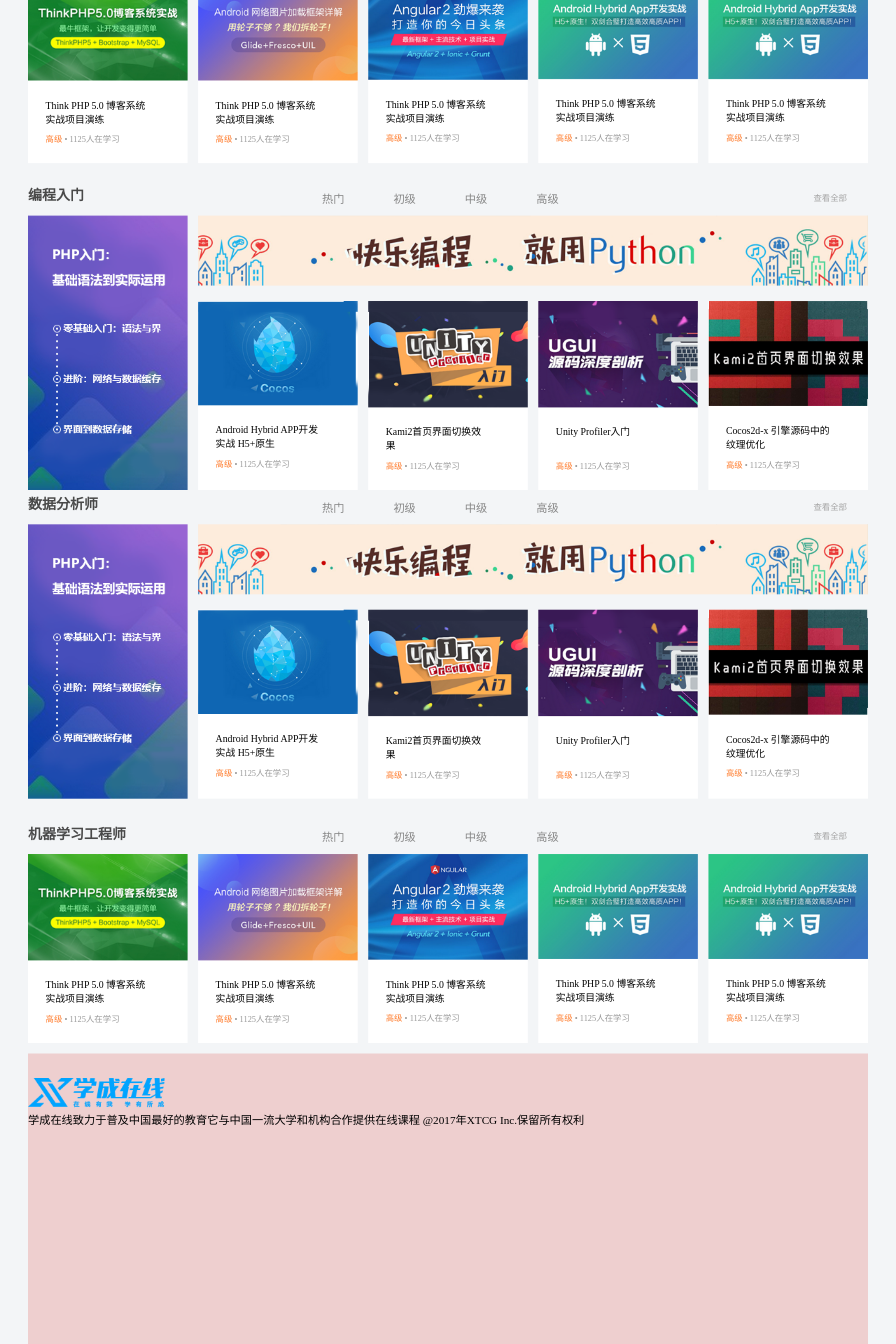
Repository: ywq0312/XueCheng
Page: index.html
An editor plug-in stored every save of this project. The page is shown before and after a run of saves, followed by the edit.
The browser window is 1280 px wide. The pictures show the part of the page from y = 990 to 2910 px (the page is 2910 px tall), at 70% of full size.

Above is the page before, as saved 2021-05-19 15:17:46.

### index.html
<!DOCTYPE html>
<html lang="en">

<head>
    <meta charset="UTF-8">
    <meta http-equiv="X-UA-Compatible" content="IE=edge">
    <meta name="viewport" content="width=device-width, initial-scale=1.0">
    <title>学成在线</title>
    <!-- 引入重置样式表 -->
    <!-- <link rel="stylesheet" href="./css/reset.css"> -->
    <!-- 引入公共样式表 -->
    <link rel="stylesheet" href="./css/base.css">
    <!-- 引入图标字体库 -->
    <link rel="stylesheet" href="./fa/css/all.css">
    <!-- 引入css样式 -->
    <link rel="stylesheet" href="./css/style.css">
</head>

<body>
    <!-- 1.头部区域 -->
    <div class="header w">
        <!-- logo部分 -->
        <div class="logo">
            <img src="./images/学成在线.png" alt="学成在线logo">
        </div>
        <!-- 导航栏部分nav -->
        <div class="nav">
            <ul>
                <li><a href="#">首页</a></li>
                <li><a href="#">课程</a></li>
                <li><a href="#">职业规划</a></li>
            </ul>
        </div>
        <!-- 搜索框 -->
        <div class="search">
            <!-- 输入关键字可以用  placeholder = "输入关键字" -->
            <input type="text" value="输入关键字" name="" id="">
            <!--
                文本框input、表单、单元格、图片都是行内块元素，行内块元素之间有一个默认缝隙
                解决办法：1.浮动中间无缝隙，可给input、button都加上浮动
            -->
            <button></button>
        </div>
        <!-- 用户模块 -->
        <div class="user">
            <img src="./images/user.png" alt="">
            qq-lilei
        </div>
    </div>
    <!-- 2.bannar部分 -->
    <div class="banner">
        <div class="w">
            <!-- 左侧导航栏模块 -->
            <div class="subnav">
                <ul>
                    <li>
                        <a href="#">
                            前端开发
                            <span> &gt; </span>
                            <!-- 如果用的是字体图标库，则需加上line-height -->
                            <!-- <span class="fas fa-angle-right"></span> -->
                        </a>
                        <!-- 这个符号也可以用大于号>代替 -->
                    </li>
                    <li>
                        <a href="#">
                            后端开发
                            <span>&gt;</span>
                            <!-- <span class="fas fa-angle-right"></span> -->
                        </a>
                    </li>
                    <li>
                        <a href="#">
                            移动开发
                            <span>&gt;</span>
                            <!-- <span class="fas fa-angle-right"></span> -->
                        </a>
                    </li>
                    <li>
                        <a href="#">
                            人工智能
                            <span>&gt;</span>
                            <!-- <span class="fas fa-angle-right"></span> -->
                        </a>
                    </li>
                    <li>
                        <a href="#">
                            商业预测
                            <span>&gt;</span>
                            <!-- <span class="fas fa-angle-right"></span> -->
                        </a>
                    </li>
                    <li>
                        <a href="#">
                            云计算&大数据
                            <span>&gt;</span>
                            <!-- <span class="fas fa-angle-right"></span> -->
                        </a>
                    </li>
                    <li>
                        <a href="#">
                            运维&从测试
                            <span>&gt;</span>
                            <!-- <span class="fas fa-angle-right"></span> -->
                        </a>
                    </li>
                    <li>
                        <a href="#">
                            UI设计
                            <span>&gt;</span>
                            <!-- <span class="fas fa-angle-right"></span> -->
                        </a>
                    </li>
                    <li>
                        <a href="#">
                            产品
                            <span>&gt;</span>
                            <!-- <span class="fas fa-angle-right"></span> -->
                        </a>
                    </li>
                </ul>
            </div>
            <!-- 课程表模块 -->
            <div class="course">
                <h2>我的课程表</h2>
                <div class="bd">
                    <ul>
                        <li>
                            <a href="#">
                                <h4>继续学习 程序语言设计</h4>
                                <p>正在学习-使用对象</p>
                            </a>
                        </li>
                        <li>
                            <a href="#">
                                <h4>继续学习 程序语言设计</h4>
                                <p>正在学习-使用对象</p>
                            </a>
                        </li>
                        <li>
                            <a href="#">
                                <h4>继续学习 程序语言设计</h4>
                                <p>正在学习-使用对象</p>
                            </a>
                        </li>
                    </ul>
                    <a href="#" class="more">全部课程</a>
                </div>
            </div>
        </div>
    </div>
    <!-- 3.精品推荐 -->
    <div class="goods w">
        <h3>精品推荐</h3>
        <ul>
            <li><a href="#">jQuery</a></li>
            <li><a href="#">Spark</a></li>
            <li><a href="#">MySQL</a></li>
            <li><a href="#">JavaWeb</a></li>
            <li><a href="#">MySQL</a></li>
            <li><a href="#">JavaWeb</a></li>
        </ul>
        <a href="#" class="mod">修改兴趣</a>
    </div>
    <!-- 4.box核心内容区域 -->
    <div class="box w">
        <div class="box-hd">
            <h3>精品推荐</h3>
            <a href="#">查看全部</a>
        </div>
        <div class="box-bd">
            <!-- ul清楚浮动的原因是底下的li是浮动的，脱离了标准流，会让下面的内容跑到li底下（子不教父之过，所以给li的父元素清除浮动） -->
            <ul class="clearfix">
                <li>
                    <em>
                        <!-- 因为底下已经有一个img图片设置了样式，所以用另外一个标签包含 -->
                        <img src="./images/hot.png" alt="">
                    </em>
                    <img src="./images/pic.png" alt="">
                    <h4>Think PHP 5.0 博客系统实战项目演练</h4>
                    <div class="info">
                        <span>高级</span> • 1125人在学习
                    </div>
                </li>
                <li>
                    <em>
                        <img src="./images/new.png" alt="">
                    </em>
                    <img src="./images/pic2.png" alt="">
                    <h4>Think PHP 5.0 博客系统实战项目演练</h4>
                    <div class="info">
                        <span>高级</span> • 1125人在学习
                    </div>
                </li>
                <li>
                    <img src="./images/pic3.png" alt="">
                    <h4>Think PHP 5.0 博客系统实战项目演练</h4>
                    <div class="info">
                        <span>高级</span> • 1125人在学习
                    </div>
                </li>
                <li>
                    <img src="./images/pic4.png" alt="">
                    <h4>Think PHP 5.0 博客系统实战项目演练</h4>
                    <div class="info">
                        <span>高级</span> • 1125人在学习
                    </div>
                </li>
                <li>
                    <img src="./images/pic4.png" alt="">
                    <h4>Think PHP 5.0 博客系统实战项目演练</h4>
                    <div class="info">
                        <span>高级</span> • 1125人在学习
                    </div>
                </li>
                <li>
                    <em>
                        <img src="./images/hot.png" alt="">
                    </em>
                    <img src="./images/pic.png" alt="">
                    <h4>Think PHP 5.0 博客系统实战项目演练</h4>
                    <div class="info">
                        <span>高级</span> • 1125人在学习
                    </div>
                </li>
                <li>
                    <em>
                        <img src="./images/new.png" alt="">
                    </em>
                    <img src="./images/pic2.png" alt="">
                    <h4>Think PHP 5.0 博客系统实战项目演练</h4>
                    <div class="info">
                        <span>高级</span> • 1125人在学习
                    </div>
                </li>
                <li>
                    <img src="./images/pic3.png" alt="">
                    <h4>Think PHP 5.0 博客系统实战项目演练</h4>
                    <div class="info">
                        <span>高级</span> • 1125人在学习
                    </div>
                </li>
                <li>
                    <img src="./images/pic4.png" alt="">
                    <h4>Think PHP 5.0 博客系统实战项目演练</h4>
                    <div class="info">
                        <span>高级</span> • 1125人在学习
                    </div>
                </li>
                <li>
                    <img src="./images/pic4.png" alt="">
                    <h4>Think PHP 5.0 博客系统实战项目演练</h4>
                    <div class="info">
                        <span>高级</span> • 1125人在学习
                    </div>
                </li>
            </ul>
        </div>
    </div>
    <!-- 5.内容区 -->
    <div class="content w clearfix">
        <div class="content-hd">
            <h3>编程入门</h3>
            <ul>
                <li><a href="#">热门</a></li>
                <li><a href="#">初级</a></li>
                <li><a href="#">中级</a></li>
                <li><a href="#">高级</a></li>
            </ul>
            <a href="#">查看全部</a>
        </div>
        <div class="content-left">
            <img src="./images/c-pic1.png" alt="">
        </div>
        <div class="content-right">
            <div class="content-top">
                <img src="./images/c-pic.png" alt="">
            </div>
            <div class="content-btn">
                <ul>
                    <li>
                        <img src="./images/c-pic2.png" alt="">
                        <h4>Android Hybrid APP开发实战 H5+原生</h4>
                        <div class="info">
                            <span>高级</span> • 1125人在学习
                        </div>
                    </li>
                    <li>
                        <img src="./images/c-pic3.png" alt="">
                        <h4>Kami2首页界面切换效果</h4>
                        <div class="info">
                            <span>高级</span> • 1125人在学习
                        </div>
                    </li>
                    <li>
                        <img src="./images/c-cip4.png" alt="">
                        <h4>Unity Profiler入门</h4>
                        <div class="info">
                            <span>高级</span> • 1125人在学习
                        </div>
                    </li>
                    <li>
                        <img src="./images/c-cip5.png" alt="">
                        <h4>Cocos2d-x 引擎源码中的纹理优化</h4>
                        <div class="info">
                            <span>高级</span> • 1125人在学习
                        </div>
                    </li>
                </ul>
            </div>
        </div>
        <div class="content w clearfix">
            <div class="content-hd">
                <h3>数据分析师</h3>
                <ul>
                    <li><a href="#">热门</a></li>
                    <li><a href="#">初级</a></li>
                    <li><a href="#">中级</a></li>
                    <li><a href="#">高级</a></li>
                </ul>
                <a href="#">查看全部</a>
            </div>
            <div class="content-left">
                <img src="./images/c-pic1.png" alt="">
            </div>
            <div class="content-right">
                <div class="content-top">
                    <img src="./images/c-pic.png" alt="">
                </div>
                <div class="content-btn">
                    <ul>
                        <li>
                            <img src="./images/c-pic2.png" alt="">
                            <h4>Android Hybrid APP开发实战 H5+原生</h4>
                            <div class="info">
                                <span>高级</span> • 1125人在学习
                            </div>
                        </li>
                        <li>
                            <img src="./images/c-pic3.png" alt="">
                            <h4>Kami2首页界面切换效果</h4>
                            <div class="info">
                                <span>高级</span> • 1125人在学习
                            </div>
                        </li>
                        <li>
                            <img src="./images/c-cip4.png" alt="">
                            <h4>Unity Profiler入门</h4>
                            <div class="info">
                                <span>高级</span> • 1125人在学习
                            </div>
                        </li>
                        <li>
                            <img src="./images/c-cip5.png" alt="">
                            <h4>Cocos2d-x 引擎源码中的纹理优化</h4>
                            <div class="info">
                                <span>高级</span> • 1125人在学习
                            </div>
                        </li>
                    </ul>
                </div>
            </div>
    </div>

    <!-- 其他内容 -->
    <div class="box">
        <div class="content-hd">
            <h3>机器学习工程师</h3>
            <ul>
                <li><a href="#">热门</a></li>
                <li><a href="#">初级</a></li>
                <li><a href="#">中级</a></li>
                <li><a href="#">高级</a></li>
            </ul>
            <a href="#">查看全部</a>
        </div>
        <div class="box-bd">
            <!-- ul清楚浮动的原因是底下的li是浮动的，脱离了标准流，会让下面的内容跑到li底下（子不教父之过，所以给li的父元素清除浮动） -->
            <ul class="clearfix">
                <li>
                    <img src="./images/pic.png" alt="">
                    <h4>Think PHP 5.0 博客系统实战项目演练</h4>
                    <div class="info">
                        <span>高级</span> • 1125人在学习
                    </div>
                </li>
                <li>
                    <img src="./images/pic2.png" alt="">
                    <h4>Think PHP 5.0 博客系统实战项目演练</h4>
                    <div class="info">
                        <span>高级</span> • 1125人在学习
                    </div>
                </li>
                <li>
                    <img src="./images/pic3.png" alt="">
                    <h4>Think PHP 5.0 博客系统实战项目演练</h4>
                    <div class="info">
                        <span>高级</span> • 1125人在学习
                    </div>
                </li>
                <li>
                    <img src="./images/pic4.png" alt="">
                    <h4>Think PHP 5.0 博客系统实战项目演练</h4>
                    <div class="info">
                        <span>高级</span> • 1125人在学习
                    </div>
                </li>
                <li>
                    <img src="./images/pic4.png" alt="">
                    <h4>Think PHP 5.0 博客系统实战项目演练</h4>
                    <div class="info">
                        <span>高级</span> • 1125人在学习
                    </div>
                </li>
            </ul>
        </div>
    </div>
    <!-- footer 页底模块 -->
    <div class="footer">
        <div class="w">
            <div class="copyright">
                <img src="./images/学成在线.png" alt="">
                <p>学成在线致力于普及中国最好的教育它与中国一流大学和机构合作提供在线课程
                    @2017年XTCG Inc.保留所有权利
                </p>
            </div>
            <div class="links">

            </div>
        </div>
    </div>

    <script>
        var text = document.querySelector('input');
        text.onfocus = function () {
            if (this.value === "输入关键字") {
                this.value = '';
            }
            this.style.color = '#333';
        }
        text.onblur = function () {
            if (this.value === '') {
                this.value = '输入关键字';
            }
            this.style.color = '#bfbfbf';
        }
    </script>
</body>

</html>

### css/base.css
.clearfix::before,
.clearfix::after{
    display: table;
    clear: both;
    content: '';
}
.w{
    width: 1200px;
    margin: auto;
}
body{
    background-color: #f3f5f7;
}
a{
    text-decoration: none;
    color: #050505;
}
li{
    list-style-type: none;
}

### css/style.css
*{
    margin: 0;
    padding: 0;
}

/* 头部区域 */
.header{
    height: 42px;
    /* 注意此地方会层叠w里面的margin */
    margin: 30px auto;
}
.logo{
    float: left;
    width: 198px;
    height: 42px;
}
.nav{
    float: left;
    margin-left: 60px;
}
.nav ul li{
    float: left;
    margin: 0 15px;
}
.nav ul li a{
    /* a是行内元素，所以转为块元素后宽高才起效 */
    display: block;
    height: 42px;
    /* 用padding把文字的宽度撑开 */
    padding: 0 10px;
    line-height: 42px;
    font-size: 18px;
    color: #050505;
    text-decoration: none;
}
.nav ul li a:hover{
    border-bottom: 2px solid #00a4ff;
    color: #00a4ff;
}
.search{
    float: left;
    width: 412px;
    height: 42px;
    background-color: skyblue;
    margin-left: 60px;
}
.search input{
    float: left;
    width: 345px;
    height: 40px;
    border: 1px solid #00a4ff;
    border-right: none;
    color: #bfbfbf;
    font-size: 14px;
    outline: none;
    /* 也可以用缩进text-index: 2em; 来将字体往左边移动 */
    padding-left: 15px;
}
.search button{
    float: left;
    width: 50px;
    height: 42px;
    background: url(../images/btn.png);
    /* 去掉按钮button默认边框 */
    border: 0;
}
.user{
    float: right;
    line-height: 42px;
    margin-right: 52px;
    font-size: 16px;
    color: #666;
    /* 图片与文字垂直居中对齐使用vertical-align: middle;  */
    vertical-align: middle;
}
/* banner区域 */
.banner{
    height: 421px;
    background-color: #1c036c;
}
.banner .w{
    height: 421px;
    background: url(../images/banner2.png) no-repeat top center;
}
/* 左侧导航 */
.subnav{
    float: left;
    width: 190px;
    height: 421px;
    background: rgba(0, 0, 0, .3);
}
.subnav ul li{
    height: 45px;
    line-height: 45px;
    padding: 0 20px;
}
.subnav ul li a{
    font-size: 14px;
    color: #fff;
}
.subnav ul li a span{
    float: right;
    /* line-height: 45px; */
}
.subnav ul li a:hover{
    color: #00a4ff;
}
.course{
    float: right;
    width: 230px;
    height: 300px;
    /* 浮动的盒子不会有外边距合并的问题，标准流盒子会发生外边距合并 */
    margin-top: 50px;
    background-color: #fff;
}
/* 右侧课程表 */
.course h2{
    height: 48px;
    background-color: #9bceea;
    text-align: center;
    line-height: 48px;
    font-size: 18px;
    color: #fff;
}
.course .bd{
    padding: 0 20px;
}
.course .bd  ul li{
    padding: 13px 0;
    border-bottom: 1px solid #ccc;
}
.course .bd  ul li h4{
    font-size: 16px;
    color: #4e4e4e;
}
.course .bd  ul li p{
    font-size: 12px;
    color: #a5a5a5;
}
.course .bd .more{
    /* a是行内元素，没有大小，需要转换成块级元素 */
    display: block;
    height: 38px;
    border: 1px solid #00a4ff;
    text-align: center;
    line-height: 38px;
    color: #00a4ff;
    font-size: 16px;
    font-weight: 700;
    margin-top: 7px;
}
/* 精品推荐模块 */
.goods{
    margin-top: 10px;
    height: 60px;
    background-color: #fff;
    /* box-shadow: (X轴偏移量)(Y轴偏移量)(阴影模糊半径)(阴影扩展半径)(阴影颜色) */
    box-shadow: 0 2px 3px 3px rgba(0, 0, 0, .1);
    /* 行高会继承，会继承给3个孩子 */
    line-height: 60px;
}
.goods h3{
    float: left;
    margin-left: 30px;
    font-size: 16px;
    color: #00a4ff;
}
.goods ul{
    float: left;
    margin-left: 30px;
}
.goods ul li{
    float: left;
}
.goods ul li a{
    padding: 0 30px;
    font-size: 16px;
    color: #050505;
    border-left: 1px solid #ccc;
}
.goods .mod{
    float: right;
    margin-right: 30px;
    font-size: 14px;
    color: #00a4ff;
}
.box{
    margin-top: 30px;
}
.box .box-hd,
.content .content-hd{
    /* 必定会有一个高度，若没有高度，底下标准流的东西会往上移 */
    height: 45px;
}
.box .box-hd h3,
.content .content-hd h3{
    float: left;
    font-size: 20px;
    color: #494949;
}
.box .box-hd a,
.content .content-hd > a{
    float: right;
    font-size: 12px;
    color: #a5a5a5;
    margin-top: 10px;
    margin-right: 30px;
}
/* 把li的父亲ul修改的足够宽，一行能装开5个盒子就不会换行了 */
.box .box-bd ul,
.content .content-btn ul{
    width: 1225px;
}
.box .box-bd ul li{
    /* 子绝父相 */
    position: relative;
    float: left;
    width: 228px;
    height: 270px;
    background-color: #fff;
    margin-right: 15px;
    margin-bottom: 15px;
}
/* li > img 的原因是因为这里的img是li的子元素，而hot图片的img是li的孙子元素，宽度就不会100% */
.box .box-bd ul li > img,
.content .content-btn ul li > img{
    width: 100%;
}
.box .box-bd ul li h4,
.content .content-btn ul li h4{
    display: block;
    width: 150px;
    height: 30px;
    margin :20px 20px 20px 25px;
    font-size: 14px;
    color: #050505;
    /* 文字不加粗 */
    font-weight: 400;
}
.box .box-bd ul li em{
    /* 绝对定位 */
    position: absolute;
    top: 4px;
    right: -4px;
}
.box .box-bd .info,
.content .content-btn .info{
    margin :20px 20px 20px 25px;
    font-size: 12px;
    color: #999;
}
.box .box-bd .info span,
.content .content-btn .info span{
    color: #ff7c2d;
}
.content{
    margin-top: 15px;
}
.content .content-hd ul{
    margin-left: 350px;
}
.content .content-hd ul li{
    float: left;
    margin-top: 8px;
    margin-left: 70px;
}
.content .content-hd ul li a{
    font: 16px;
    color: #868686;
}
.content .content-hd ul li a:hover{
    color: #00a4ff;
}
.content .content-left{
    float: left;
}
.content .content-top{
    float: right;
}
.content .content-btn ul li{
    float: left;
    width: 228px;
    height: 270px;
    background-color: #fff;
    margin-right: 15px;
    margin-top: 18px;
}
.content .content-btn ul li:first-child{
    margin-left: 15px;
}
/* 页脚部分 */
.footer{
    height: 415px;
    background: rgb(238, 207, 207);
    /* margin-top: 20px; */
}
.footer .w{
    padding-top: 35px;
}
.copyright {
    float: left;
}
.links{
    float: right;
}

Loaded but not shown: fa/css/all.css (library)

After the next 16 saves:
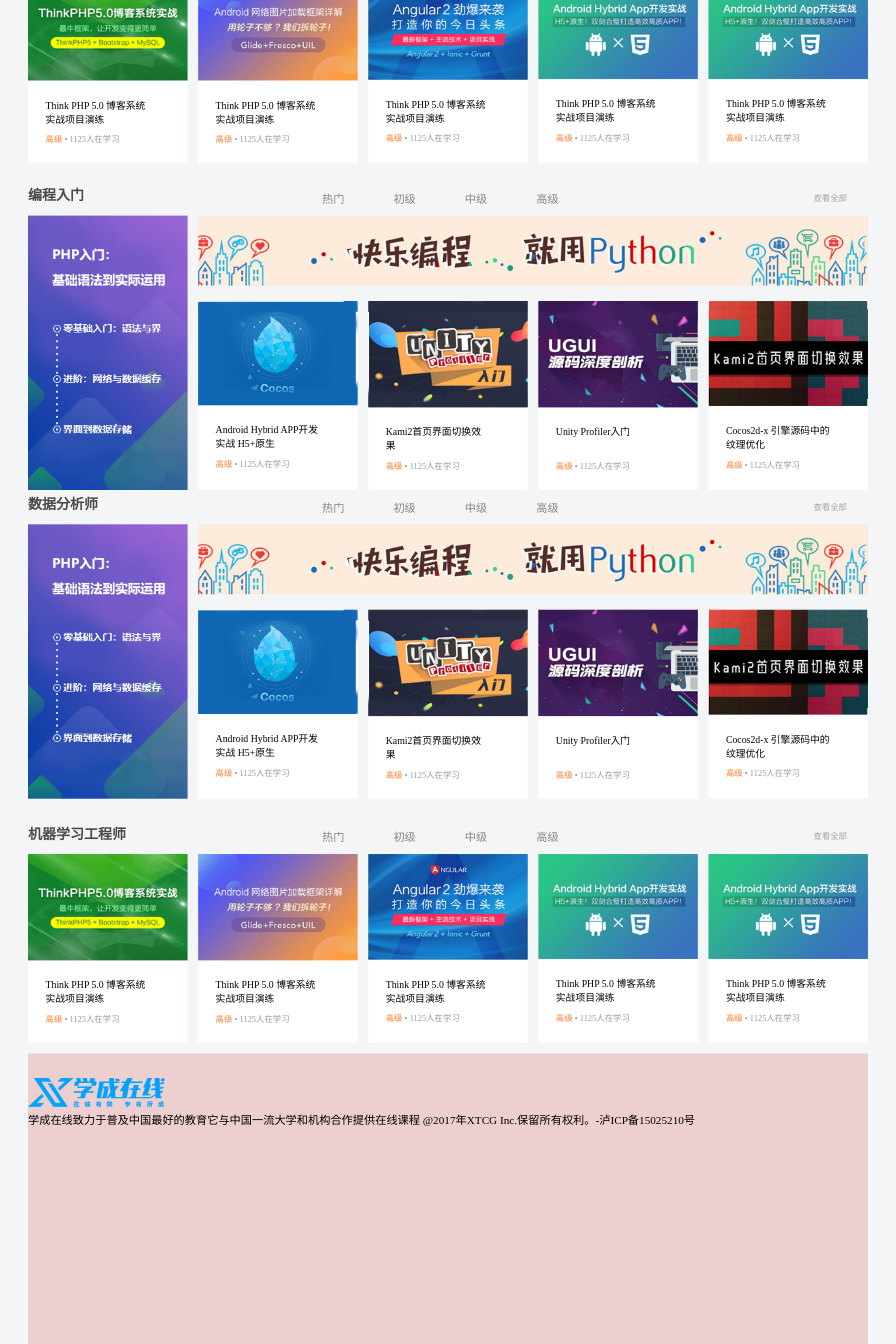
The 16 saves are shown as one change because they came seconds apart.
The last was saved 25 s later.
--- a/index.html
+++ b/index.html
@@ -421,7 +421,7 @@
             <div class="copyright">
                 <img src="./images/学成在线.png" alt="">
                 <p>学成在线致力于普及中国最好的教育它与中国一流大学和机构合作提供在线课程
-                    @2017年XTCG Inc.保留所有权利
+                    @2017年XTCG Inc.保留所有权利。-泸ICP备15025210号
                 </p>
             </div>
             <div class="links">
